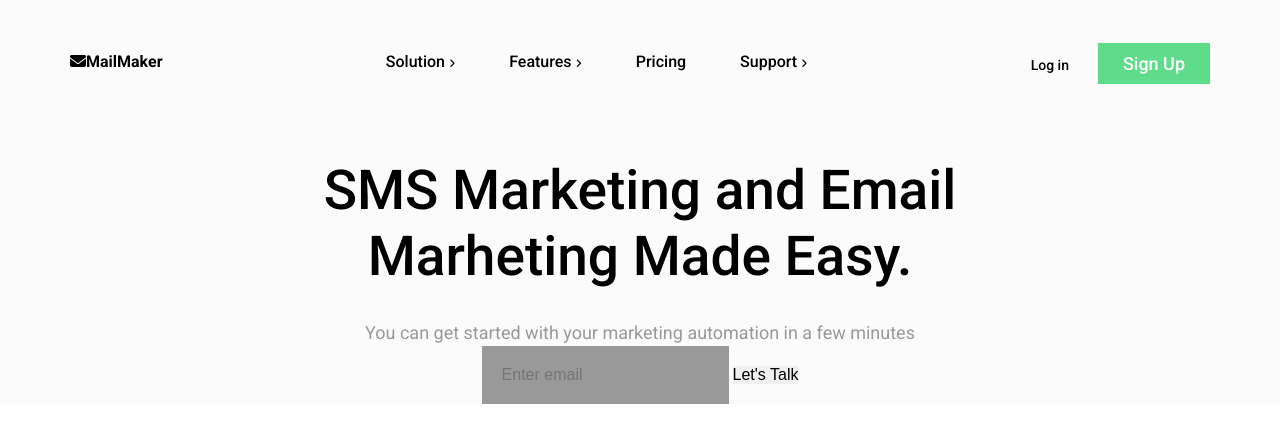
Repository: phanhuy16/Folder
Page: sign/index.html
The author's editor kept a copy of each file at every save. The page is drawn from the files as they stood at one save, then again after the next save.
The browser window is 1280 px wide. The pictures show the whole page.

Above is the page before, as saved 2023-04-29 21:02:04.

### sign/index.html
<!DOCTYPE html>
<html lang="en">
<head>
    <meta charset="UTF-8">
    <meta http-equiv="X-UA-Compatible" content="IE=edge">
    <meta name="viewport" content="width=device-width, initial-scale=1.0">
    <link rel="preconnect" href="https://fonts.googleapis.com">
    <link rel="preconnect" href="https://fonts.gstatic.com" crossorigin>
    <link href="https://fonts.googleapis.com/css2?family=Roboto:wght@300;400;500;700&display=swap" rel="stylesheet">
    <link rel="stylesheet" href="./fontawesome-free-6.4.0-web/css/all.css">
    <title>Marketing</title>
    <link rel="stylesheet" href="./main.css/reset.css">
    <link rel="stylesheet" href="./main.css/style.css">
</head>
<body>
    <div class="container">
        <div class="header">
            <div class="header-logo">
                <a href="#" class="logo">
                    <i class="fa-solid fa-envelope"></i>MailMaker
                </a>
            </div>
            <div class="header-item">
                <a href="#" class="header-list">Solution <i class="fa-solid fa-angle-right"></i></a>
                <a href="#" class="header-list">Features <i class="fa-solid fa-angle-right"></i></a>
                <a href="#" class="header-list">Pricing</a>
                <a href="#" class="header-list">Support <i class="fa-solid fa-angle-right"></i></a>
            </div>
            <div class="header-socal" style="padding-right: 70px;">
                <a href="#" class="header-login">Log in</a>
                <a href="#" class="header-signup">Sign Up</a>
            </div>
        </div>

        <div class="header-title">
            <h1 class="heading">
                SMS Marketing and Email<br>Marheting Made Easy.
            </h1>
            <p class="text">
                You can get started with your marketing automation in a few minutes
            </p>
            <form action="#" class="signup-from" autocomplete="off">
                <input class="form-control" type="email" name="name" id="email" placeholder="Enter email">
                <button type="submit" class="button-talk">Let's Talk</button>
            </form>
        </div>
    </div>
</body>
</html>

### sign/main.css/reset.css
* {
    margin: 0;
    padding: 0;
    border: 0;
    font-size: 16px;
}

ol, ul {
    list-style: none;
}

a {
    text-decoration: none;
}

### sign/main.css/style.css
* {
    box-sizing: inherit;
}
html {
    font-family: 'Roboto', sans-serif;
    line-height: 1.5;
    font-size: 62.5%;
    box-sizing: border-box;
}

body {
    overflow-x: hidden;
    color: black;
    display: flex;
    align-items: center;
    justify-content: center;
    background-color: white;
}

img {
    display: block;
    max-width: 100%;
}

.container {
    width: 100%;
    max-width: 1400px;
    max-height: 100%;
    background-color: #FBFBFB;
}

.header {
    display: flex;
    justify-content: space-between;
    margin-top: 50px;
}

.logo {
    font-size: 16px;
    font-weight: bold;
    color: black;
    padding-left: 70px;
}

.header-list {
    padding: 0 25px;
    color: black;
    font-weight: 500;
}

.header-login {
    padding-right: 25px;
    color: black;
    font-size: 14px;
    font-weight: 500;
}

.header-signup {
    font-size: 18px;
    font-weight: 500;
    color: white;
    padding: 10px 25px;
    background: #5EDC8A;
}

.fa-angle-right {
    font-size: 10px;
}

.header-title {
    text-align: center;
    margin-top: 80px;
}
.heading {
    font-size: 55px;
    font-weight: 500;
    line-height: 1.2;
    display:-webkit-box;
    -webkit-line-clamp: 2;
    -webkit-box-orient: vertical;
    overflow: hidden;
    text-overflow: ellipsis;
    word-break: break-word;
}

.text {
    color: #999;
    font-size: 18px;
    margin-top: 30px;
}

.form-control {
    padding: 20px;
    background-color: #999;
}

Loaded but not shown: sign/fontawesome-free-6.4.0-web/css/all.css (library)

After the next save:
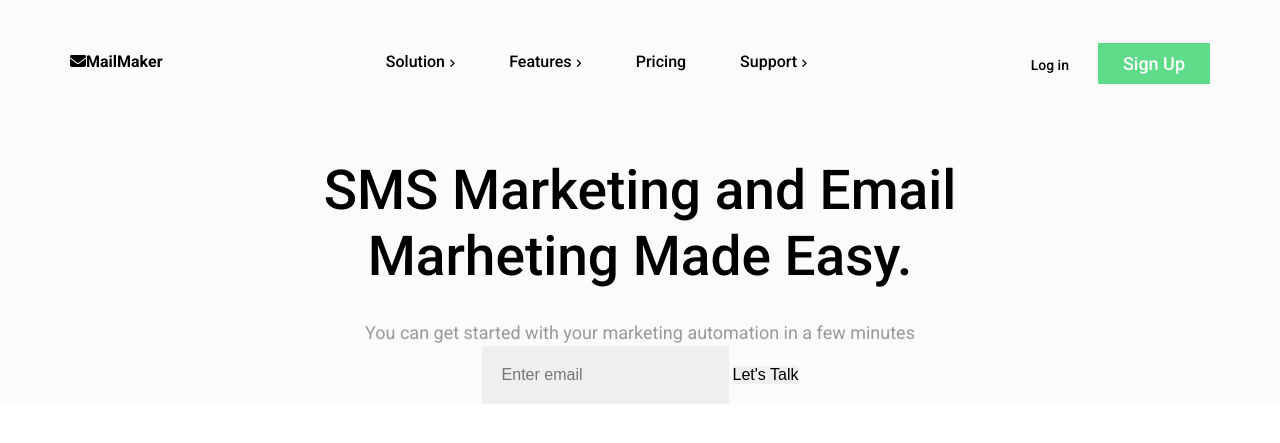
Saved 40 s later.
--- a/sign/main.css/style.css
+++ b/sign/main.css/style.css
@@ -91,5 +91,6 @@
 
 .form-control {
     padding: 20px;
-    background-color: #999;
+    background-color: rgb(238,240,239)
+    ;
 }
